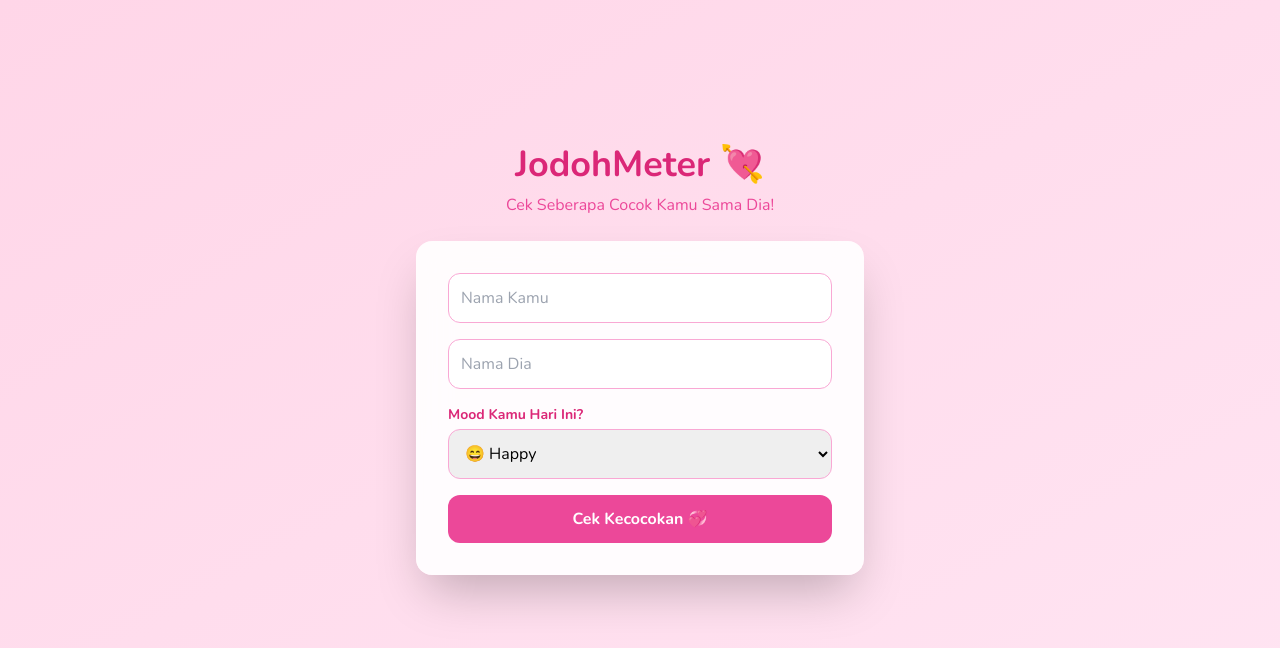
Repository: zhr-nabila/cek-jodoh
Page: index.html
These files come from the project's save history. The page is drawn as it stood at one moment and after the next save; the edit follows.
The browser window is 1280 px wide. The pictures show the whole page.
Pictures or frames that could not be fetched are drawn as grey boxes. Some web libraries are served in a nearby version.

Above is the page before, as saved 2025-05-23 18:47:45.

After the next save:
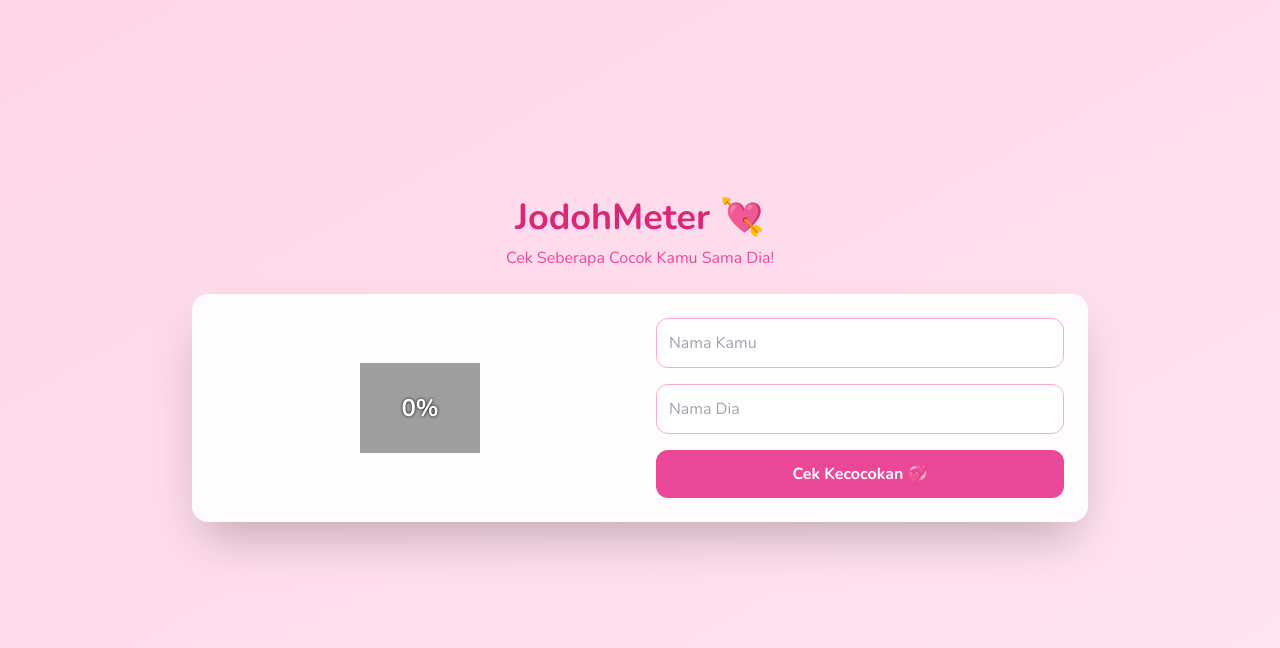
Saved 2 min 27 s later.
--- a/index.html
+++ b/index.html
@@ -11,12 +11,31 @@
       font-family: 'Nunito', sans-serif;
       background: linear-gradient(to bottom right, #ffd6e8, #ffe4f2);
     }
-    .floating-heart {
-      animation: float 6s ease-in-out infinite;
+    .love-tank {
+      width: 120px;
+      height: 120px;
+      background: url('https://upload.wikimedia.org/wikipedia/commons/thumb/f/f8/Heart_coraz%C3%B3n.svg/2048px-Heart_coraz%C3%B3n.svg.png') no-repeat center/contain;
+      position: relative;
     }
-    @keyframes float {
-      0%, 100% { transform: translateY(0); }
-      50% { transform: translateY(-10px); }
+    .love-fill {
+      position: absolute;
+      bottom: 0;
+      left: 0;
+      width: 100%;
+      background: #f472b6;
+      border-radius: 0 0 9999px 9999px;
+      transition: height 1s ease;
+      z-index: -1;
+    }
+    .love-percent {
+      position: absolute;
+      top: 50%;
+      left: 50%;
+      transform: translate(-50%, -50%);
+      color: white;
+      font-weight: bold;
+      font-size: 1.5rem;
+      text-shadow: 0 0 3px #000;
     }
   </style>
 </head>
@@ -27,36 +46,32 @@
     <p class="text-pink-500 mt-2">Cek Seberapa Cocok Kamu Sama Dia!</p>
   </div>
 
-  <div class="bg-white/90 backdrop-blur-lg p-8 rounded-2xl shadow-2xl max-w-md w-full">
-    <form id="jodohForm" class="flex flex-col gap-4">
-      <input type="text" placeholder="Nama Kamu" id="namaKamu" class="p-3 rounded-xl border border-pink-300 focus:outline-none focus:ring-2 focus:ring-pink-400" required />
-      <input type="text" placeholder="Nama Dia" id="namaDia" class="p-3 rounded-xl border border-pink-300 focus:outline-none focus:ring-2 focus:ring-pink-400" required />
-
-      <div class="text-left">
-        <label class="block text-sm font-semibold text-pink-600 mb-1">Mood Kamu Hari Ini?</label>
-        <select id="mood" class="w-full p-3 rounded-xl border border-pink-300 focus:outline-none">
-          <option value="happy">😄 Happy</option>
-          <option value="baper">😢 Baper</option>
-          <option value="santai">😌 Santai</option>
-          <option value="terserah">🤷‍♀️ Terserah</option>
-        </select>
+  <div class="bg-white/90 backdrop-blur-lg p-6 rounded-2xl shadow-2xl flex gap-8 flex-col md:flex-row max-w-4xl w-full">
+    <div class="flex-1 flex items-center justify-center">
+      <div class="love-tank">
+        <div class="love-fill" id="loveFill" style="height: 0%"></div>
+        <div class="love-percent" id="lovePercent">0%</div>
       </div>
-
-      <button type="submit" class="bg-pink-500 text-white font-bold py-3 rounded-xl hover:bg-pink-600 transition">Cek Kecocokan 💞</button>
-    </form>
-
-    <div id="hasil" class="mt-6 text-center hidden">
-      <div id="persentase" class="text-5xl font-extrabold text-pink-700"></div>
-      <p id="pesan" class="mt-4 text-lg text-pink-600"></p>
-      <p id="nasihat" class="mt-2 italic text-sm text-gray-500"></p>
-      <button onclick="location.reload()" class="mt-4 bg-white text-pink-500 border border-pink-400 px-4 py-2 rounded-xl hover:bg-pink-50 transition">Coba Lagi 🔄</button>
+    </div>
+    <div class="flex-1">
+      <form id="jodohForm" class="flex flex-col gap-4">
+        <input type="text" placeholder="Nama Kamu" id="namaKamu" class="p-3 rounded-xl border border-pink-300 focus:outline-none focus:ring-2 focus:ring-pink-400" required />
+        <input type="text" placeholder="Nama Dia" id="namaDia" class="p-3 rounded-xl border border-pink-300 focus:outline-none focus:ring-2 focus:ring-pink-400" required />
+        <button type="submit" class="bg-pink-500 text-white font-bold py-3 rounded-xl hover:bg-pink-600 transition">Cek Kecocokan 💞</button>
+      </form>
+      <div id="hasil" class="mt-6 text-left hidden">
+        <p id="pesan" class="mt-2 text-lg text-pink-600"></p>
+        <p id="nasihat" class="mt-2 italic text-sm text-gray-500"></p>
+        <button onclick="location.reload()" class="mt-4 bg-white text-pink-500 border border-pink-400 px-4 py-2 rounded-xl hover:bg-pink-50 transition">Coba Lagi 🔄</button>
+      </div>
     </div>
   </div>
 
   <script>
     const form = document.getElementById('jodohForm');
     const hasil = document.getElementById('hasil');
-    const persentase = document.getElementById('persentase');
+    const loveFill = document.getElementById('loveFill');
+    const lovePercent = document.getElementById('lovePercent');
     const pesan = document.getElementById('pesan');
     const nasihat = document.getElementById('nasihat');
 
@@ -69,12 +84,9 @@
 
     form.addEventListener('submit', function (e) {
       e.preventDefault();
-      const namaKamu = document.getElementById('namaKamu').value;
-      const namaDia = document.getElementById('namaDia').value;
-      const mood = document.getElementById('mood').value;
-
       let score = Math.floor(Math.random() * 100) + 1;
-      persentase.textContent = score + '%';
+      lovePercent.textContent = score + '%';
+      loveFill.style.height = score + '%';
 
       let keterangan = '';
       if (score < 30) keterangan = "Cocoknya kayak kopi sama sambal. Temenan aja deh!";
@@ -84,8 +96,6 @@
 
       pesan.textContent = keterangan;
       nasihat.textContent = nasihatLucu[Math.floor(Math.random() * nasihatLucu.length)];
-
-      form.classList.add('hidden');
       hasil.classList.remove('hidden');
     });
   </script>
